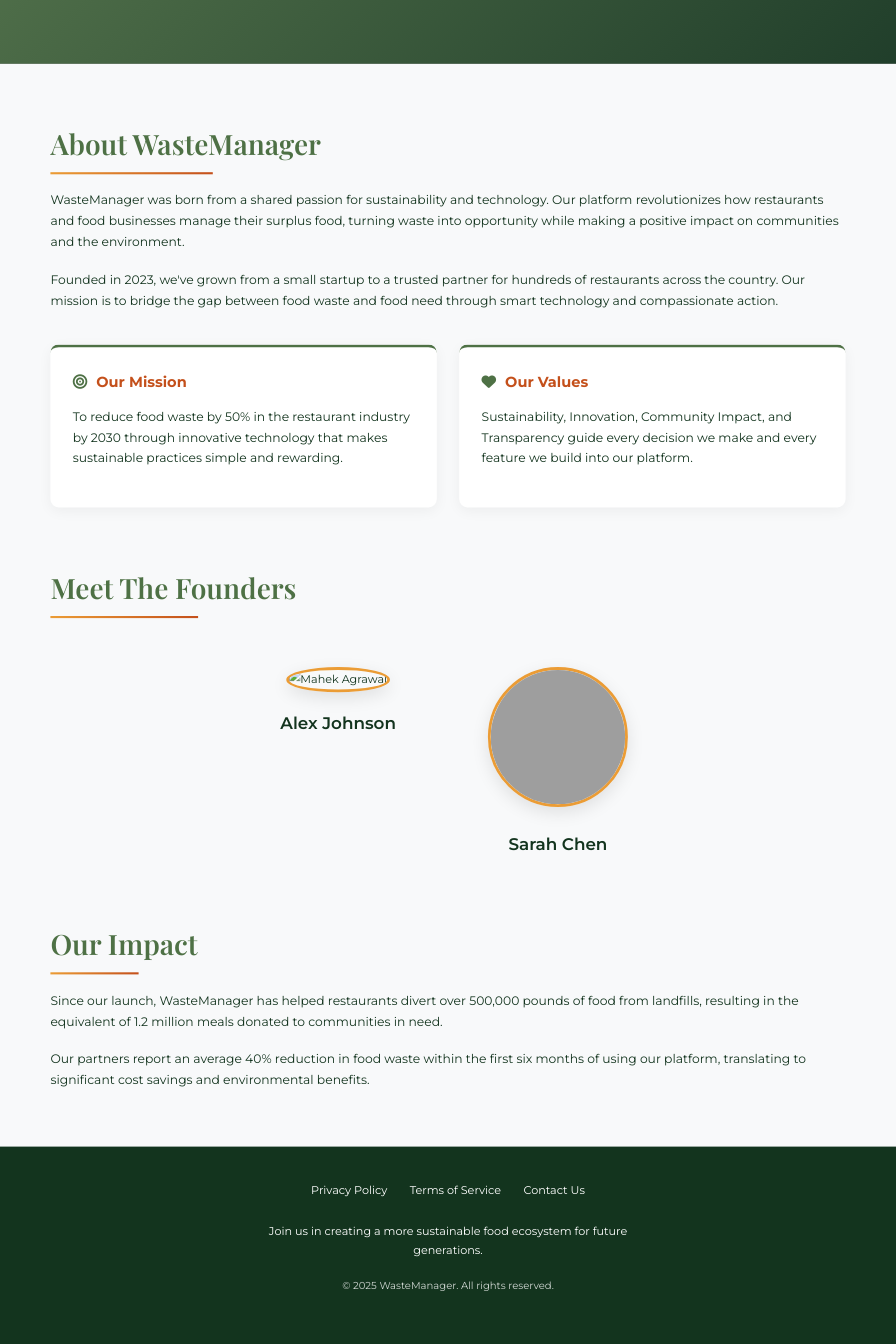
Repository: mahekagrawal25/restaurant-waste-management
Page: frontend/aboutus.html
These files come from the project's save history. The page is drawn as it stood at one moment and after a run of saves; the edit follows.
The browser window is 1280 px wide. The pictures show the part of the page from y = 350 to 2270 px (the page is 2270 px tall), at 70% of full size.
Pictures or frames that could not be fetched are drawn as grey boxes.

Above is the page before, as saved 2025-04-25 23:42:41.

### frontend/aboutus.html
<!DOCTYPE html>
<html lang="en">
<head>
  <meta charset="UTF-8">
  <meta name="viewport" content="width=device-width, initial-scale=1.0">
  <title>About Us | WasteManager</title>
  <link href="https://fonts.googleapis.com/css2?family=Montserrat:wght@300;400;500;600;700&family=Playfair+Display:wght@400;500;600&display=swap" rel="stylesheet">
  <link rel="stylesheet" href="https://cdnjs.cloudflare.com/ajax/libs/font-awesome/6.4.0/css/all.min.css">
  <style>
    :root {
      --dark-green: #13341E;
      --fern-green: #4E7145;
      --gamboge: #EB9C35;
      --sinopia: #C4501B;
      --light-bg: #F8F9FA;
      --transition: all 0.4s cubic-bezier(0.16, 1, 0.3, 1);
    }

    * {
      margin: 0;
      padding: 0;
      box-sizing: border-box;
    }

    body {
      font-family: 'Montserrat', sans-serif;
      background-color: var(--light-bg);
      color: var(--dark-green);
      line-height: 1.7;
    }

    header {
      background-color: var(--dark-green);
      color: white;
      padding: 1.5rem 3rem;
      display: flex;
      justify-content: space-between;
      align-items: center;
      box-shadow: 0 4px 12px rgba(19, 52, 30, 0.1);
    }

    .logo {
      font-family: 'Playfair Display', serif;
      font-size: 1.8rem;
      font-weight: 600;
      letter-spacing: 1px;
    }

    nav a {
      color: white;
      text-decoration: none;
      margin-left: 2rem;
      font-weight: 500;
      transition: var(--transition);
      position: relative;
    }

    nav a:hover {
      color: var(--gamboge);
    }

    nav a::after {
      content: '';
      position: absolute;
      width: 0;
      height: 2px;
      bottom: -5px;
      left: 0;
      background-color: var(--gamboge);
      transition: var(--transition);
    }

    nav a:hover::after {
      width: 100%;
    }

    .hero-about {
      background: linear-gradient(135deg, rgba(78, 113, 69, 0.9) 0%, rgba(19, 52, 30, 0.9) 100%),
                  url('https://images.unsplash.com/photo-1606787366850-de6330128bfc') center/cover;
      color: white;
      padding: 6rem 2rem;
      text-align: center;
    }

    .hero-about h1 {
      font-family: 'Playfair Display', serif;
      font-size: 3.5rem;
      margin-bottom: 1.5rem;
      font-weight: 600;
    }

    .hero-about p {
      max-width: 800px;
      margin: 0 auto;
      font-size: 1.2rem;
      opacity: 0.9;
    }

    .about-content {
      max-width: 1200px;
      margin: 5rem auto;
      padding: 0 2rem;
    }

    .about-section {
      margin-bottom: 5rem;
    }

    .about-section h2 {
      font-family: 'Playfair Display', serif;
      font-size: 2.5rem;
      margin-bottom: 2rem;
      color: var(--fern-green);
      position: relative;
      display: inline-block;
    }

    .about-section h2::after {
      content: '';
      position: absolute;
      width: 60%;
      height: 3px;
      bottom: -10px;
      left: 0;
      background: linear-gradient(90deg, var(--gamboge), var(--sinopia));
    }

    .about-section p {
      margin-bottom: 1.5rem;
      font-size: 1.1rem;
    }

    .founders {
      display: flex;
      justify-content: center;
      gap: 4rem;
      margin-top: 3rem;
      flex-wrap: wrap;
    }

    .founder {
      text-align: center;
      width: 250px;
    }

    .founder-photo {
      width: 200px;
      height: 200px;
      border-radius: 50%;
      object-fit: cover;
      border: 4px solid var(--gamboge);
      margin: 0 auto 1.5rem;
      box-shadow: 0 8px 25px rgba(0, 0, 0, 0.1);
      transition: var(--transition);
    }

    .founder:hover .founder-photo {
      transform: scale(1.05);
      box-shadow: 0 12px 30px rgba(0, 0, 0, 0.15);
    }

    .founder h3 {
      font-size: 1.5rem;
      color: var(--dark-green);
      margin-bottom: 0.5rem;
      font-weight: 600;
    }

    .mission-values {
      display: flex;
      flex-wrap: wrap;
      gap: 2rem;
      margin-top: 3rem;
    }

    .value-card {
      flex: 1 1 300px;
      background: white;
      padding: 2rem;
      border-radius: 12px;
      box-shadow: 0 5px 20px rgba(0, 0, 0, 0.05);
      border-top: 4px solid var(--fern-green);
    }

    .value-card h3 {
      font-size: 1.3rem;
      margin-bottom: 1rem;
      color: var(--sinopia);
      display: flex;
      align-items: center;
      gap: 0.8rem;
    }

    .value-card h3 i {
      color: var(--fern-green);
    }

    footer {
      background-color: var(--dark-green);
      color: white;
      text-align: center;
      padding: 3rem 1rem;
      margin-top: 5rem;
    }

    footer p {
      max-width: 600px;
      margin: 0 auto 1.5rem;
    }

    .footer-links {
      display: flex;
      justify-content: center;
      gap: 2rem;
      margin-bottom: 2rem;
    }

    .footer-links a {
      color: white;
      text-decoration: none;
      transition: var(--transition);
    }

    .footer-links a:hover {
      color: var(--gamboge);
    }

    .copyright {
      font-size: 0.9rem;
      opacity: 0.8;
    }

    @media (max-width: 768px) {
      header {
        flex-direction: column;
        padding: 1.5rem;
      }

      nav {
        margin-top: 1.5rem;
      }

      nav a {
        margin: 0 1rem;
      }

      .hero-about h1 {
        font-size: 2.5rem;
      }

      .hero-about p {
        font-size: 1rem;
      }

      .about-section h2 {
        font-size: 2rem;
      }

      .founders {
        gap: 2rem;
      }
    }
  </style>
</head>
<body>
  <header>
    <div class="logo">WasteManager</div>
    <nav>
      <a href="index.html">Home</a>
      <a href="about.html" class="active">About</a>
      <a href="features.html">Features</a>
      <a href="contact.html">Contact</a>
    </nav>
  </header>

  <section class="hero-about">
    <h1>Our Story</h1>
    <p>Transforming food waste management through innovation and sustainability</p>
  </section>

  <div class="about-content">
    <section class="about-section">
      <h2>About WasteManager</h2>
      <p>WasteManager was born from a shared passion for sustainability and technology. Our platform revolutionizes how restaurants and food businesses manage their surplus food, turning waste into opportunity while making a positive impact on communities and the environment.</p>
      <p>Founded in 2023, we've grown from a small startup to a trusted partner for hundreds of restaurants across the country. Our mission is to bridge the gap between food waste and food need through smart technology and compassionate action.</p>

      <div class="mission-values">
        <div class="value-card">
          <h3><i class="fas fa-bullseye"></i> Our Mission</h3>
          <p>To reduce food waste by 50% in the restaurant industry by 2030 through innovative technology that makes sustainable practices simple and rewarding.</p>
        </div>
        <div class="value-card">
          <h3><i class="fas fa-heart"></i> Our Values</h3>
          <p>Sustainability, Innovation, Community Impact, and Transparency guide every decision we make and every feature we build into our platform.</p>
        </div>
      </div>
    </section>

    <section class="about-section">
      <h2>Meet The Founders</h2>
      <div class="founders">
        <div class="founder">
          <img src="/frontend/" alt="Mahek Agrawal" class="founder-photo">
          <h3>Alex Johnson</h3>
        </div>
        <div class="founder">
          <img src="https://images.unsplash.com/photo-1573496359142-b8d87734a5a2" alt="Sarah Chen" class="founder-photo">
          <h3>Sarah Chen</h3>
        </div>
      </div>
    </section>

    <section class="about-section">
      <h2>Our Impact</h2>
      <p>Since our launch, WasteManager has helped restaurants divert over 500,000 pounds of food from landfills, resulting in the equivalent of 1.2 million meals donated to communities in need.</p>
      <p>Our partners report an average 40% reduction in food waste within the first six months of using our platform, translating to significant cost savings and environmental benefits.</p>
    </section>
  </div>

  <footer>
    <div class="footer-links">
      <a href="privacy.html">Privacy Policy</a>
      <a href="terms.html">Terms of Service</a>
      <a href="contact.html">Contact Us</a>
    </div>
    <p>Join us in creating a more sustainable food ecosystem for future generations.</p>
    <p class="copyright">&copy; 2025 WasteManager. All rights reserved.</p>
  </footer>
</body>
</html>

### frontend/index.html
<!DOCTYPE html>
<html lang="en">
  <head>
    <meta charset="UTF-8" />
    <meta name="viewport" content="width=device-width, initial-scale=1.0" />
    <title>Restaurant Waste Management</title>
    <script src="https://cdn.tailwindcss.com"></script>
    <script>
      tailwind.config = {
        theme: {
          extend: {
            colors: {
              forest: "#2F4A2C",
              sage: "#788E7D",
              cream: "#F7F0DC",
              terracotta: "#9E5C30",
              brightorange: "#F5971D"
            },
            fontFamily: {
              cambria: ["Cambria", "Georgia", "serif"],
            },
          },
        },
      };
    </script>
  </head>
  <body class="bg-cream min-h-screen flex flex-col">

    <!-- Navbar -->
   <!-- Navbar -->
<nav class="bg-forest px-10 py-5 flex justify-between items-center shadow-md">
  <!-- Title -->
  <div class="text-3xl font-bold text-cream font-cambria">
    WasteRo
  </div>

  <!-- Navigation Links -->
  <div class="flex space-x-8 text-cream font-medium text-lg">
    <a href="#" class="hover:text-brightorange transition">About Us</a>
    <a href="#" class="hover:text-brightorange transition">Workplaces</a>
    <a href="#" class="hover:text-brightorange transition">Facilities</a>
    <a href="#" class="hover:text-brightorange transition">Contact</a>
  </div>
</nav>


    <!-- Login Page -->
    <div
      id="loginPage"
      class="flex items-center justify-center flex-grow bg-cover bg-center"
      style="background-image: url('./images/restro6.jpg')"
    >
      <div class="bg-cream p-10 rounded-lg shadow-xl w-96 border border-sage backdrop-blur-md bg-opacity-95">

        <h2 class="text-2xl font-bold text-center text-forest mb-6 font-cambria">Login</h2>

        <form id="loginForm">
          <label class="block mb-2 font-medium text-forest">Email</label>
          <input
            type="email"
            id="email"
            class="w-full px-4 py-3 border border-sage rounded-lg focus:outline-none focus:ring-2 focus:ring-brightorange mb-4"
            placeholder="Enter email"
            required
          />

          <label class="block mb-2 font-medium text-forest">Password</label>
          <input
            type="password"
            id="password"
            class="w-full px-4 py-3 border border-sage rounded-lg focus:outline-none focus:ring-2 focus:ring-brightorange mb-4"
            placeholder="Enter password"
            required
          />

          <button
            type="submit"
            class="w-full bg-forest text-cream py-3 rounded-lg hover:bg-terracotta transition font-semibold"
          >
            Login
          </button>

          <p id="message" class="mt-3 text-center text-sm text-red-500"></p>
        </form>

        <p class="mt-6 text-center text-sage text-sm">
          Don't have an account? <br />
          <a href="signup.html" class="text-terracotta font-medium hover:underline">Sign Up</a>
        </p>
      </div>
    </div>

    <script src="script.js"></script>
  </body>
</html>

After the next 2 saves:
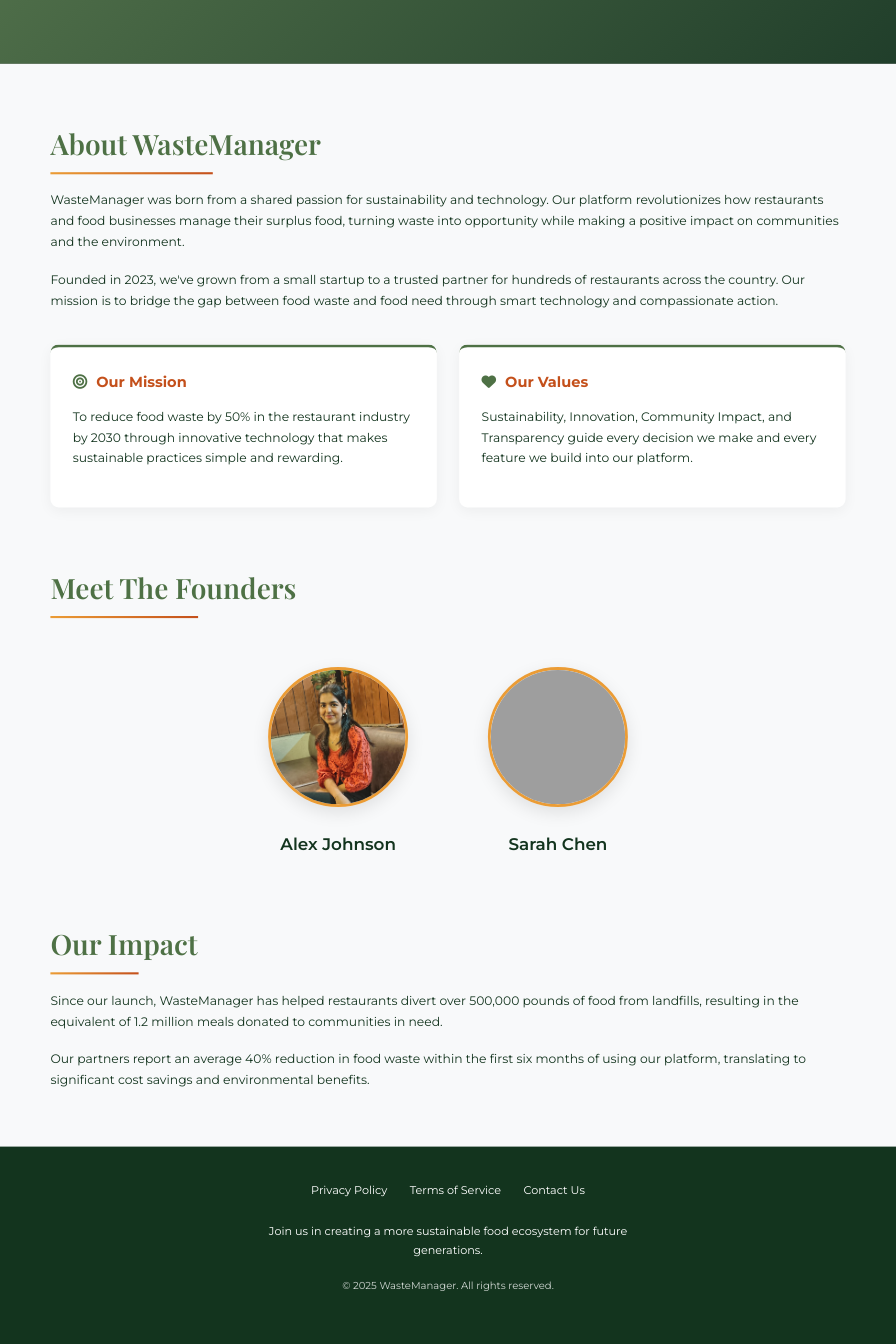
The 2 saves are shown as one change because they came seconds apart.
The last was saved 7 s later.
--- a/frontend/aboutus.html
+++ b/frontend/aboutus.html
@@ -300,7 +300,7 @@
       <h2>Meet The Founders</h2>
       <div class="founders">
         <div class="founder">
-          <img src="/frontend/" alt="Mahek Agrawal" class="founder-photo">
+          <img src="/frontend/images/WhatsApp Image 2025-04-21 at 20.27.16_77984869.jpg" alt="Mahek Agrawal" class="founder-photo">
           <h3>Alex Johnson</h3>
         </div>
         <div class="founder">
